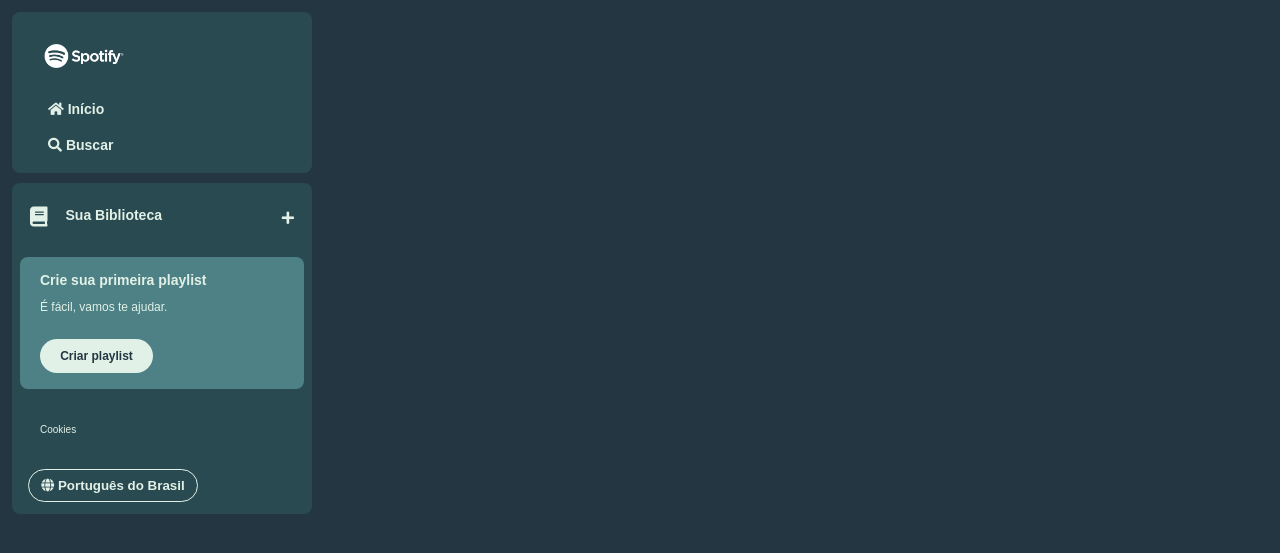
Repository: rafaazevedo-gs/Imers-o-Alura-Front-end
Page: index.html
An editor plug-in stored every save of this project. The page is shown before and after the next save, followed by the edit.
The browser window is 1280 px wide. The pictures show the whole page.

Above is the page before, as saved 2025-01-30 00:55:36.

After the next save:
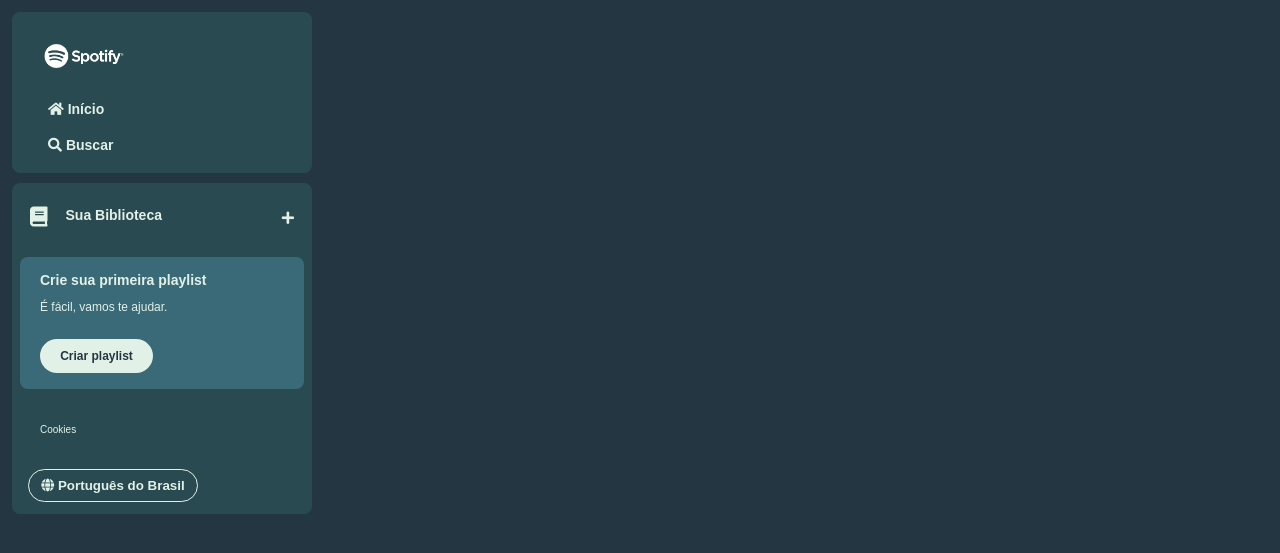
Saved 4 min 32 s later.
--- a/styles.css
+++ b/styles.css
@@ -96,7 +96,7 @@
     align-items: flex-start;
     justify-content: space-between;
     gap: 20px;
-    background-color: #4d8185;
+    background-color: #3a6a78;
     border-radius: 8px;
     color: #E2F1E7;
     font-weight: 600;

After the save that followed:
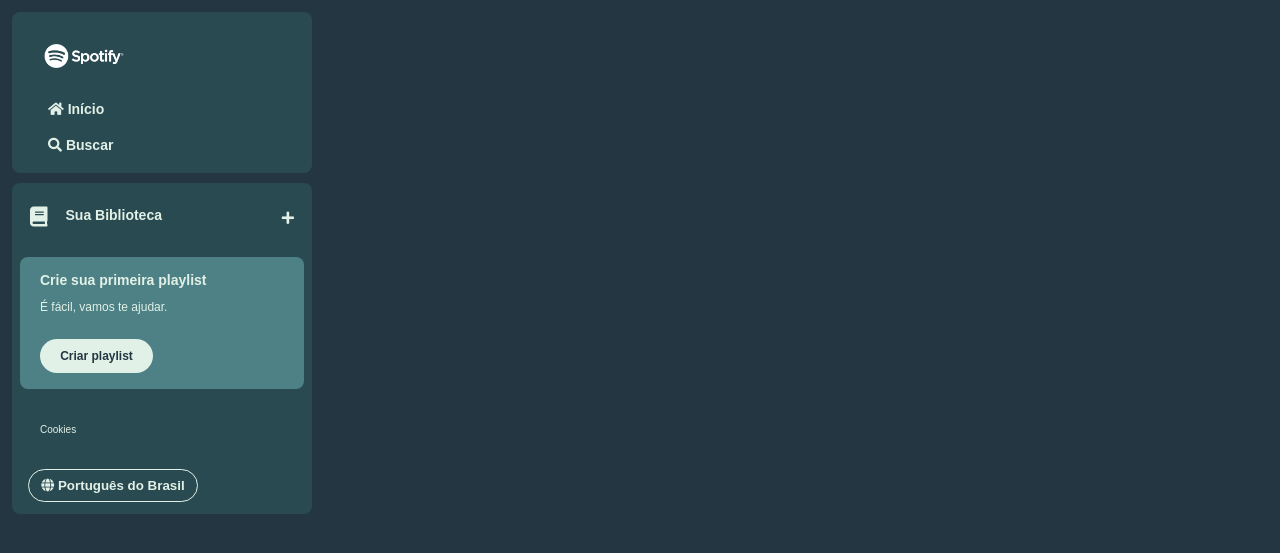
Saved 17 s later.
--- a/styles.css
+++ b/styles.css
@@ -96,7 +96,7 @@
     align-items: flex-start;
     justify-content: space-between;
     gap: 20px;
-    background-color: #3a6a78;
+    background-color: #4d8185;
     border-radius: 8px;
     color: #E2F1E7;
     font-weight: 600;
